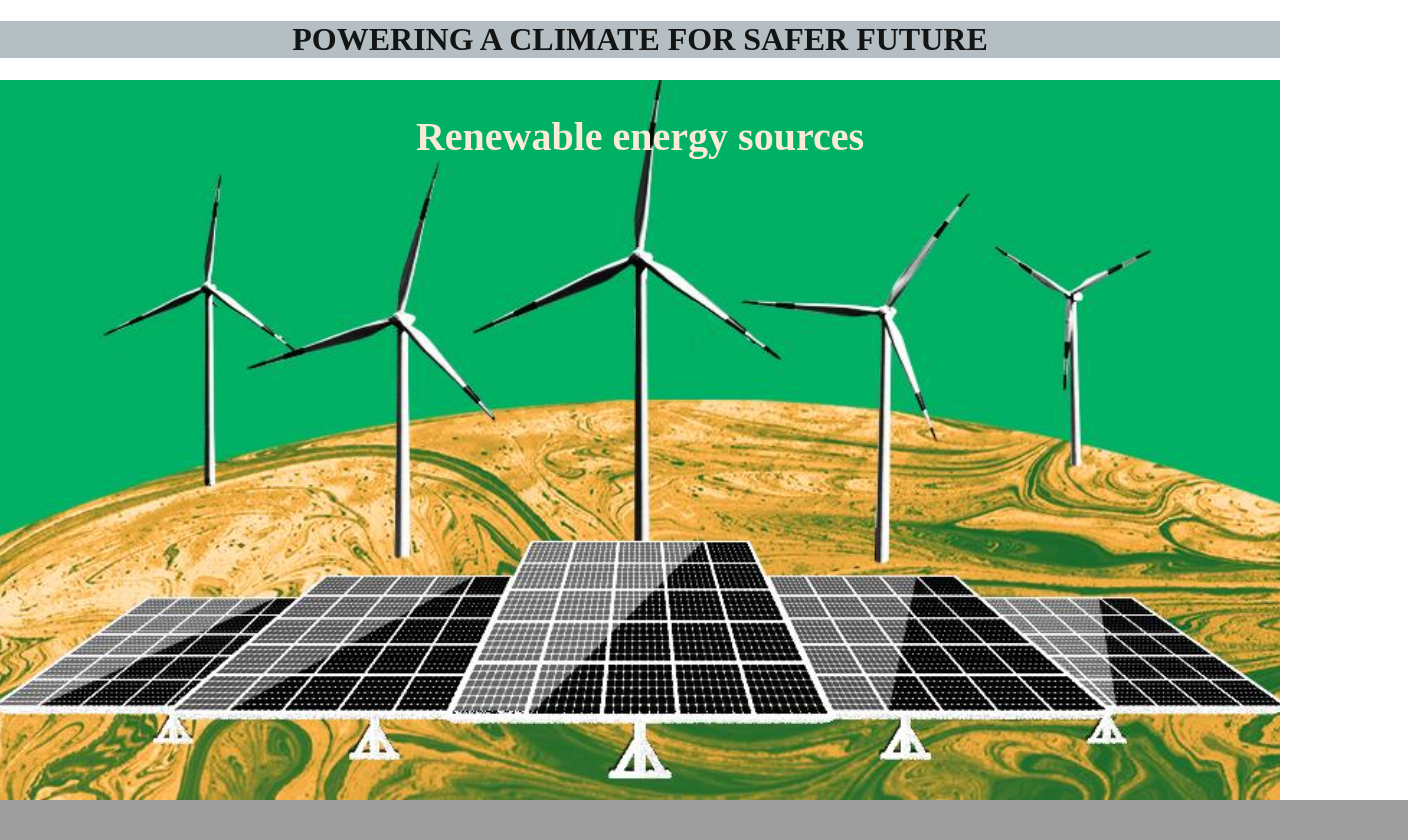
Repository: NavinDayanithi/static-web-design-competition
Page: index.html
The author's editor kept a copy of each file at every save. The page is drawn from the files as they stood at one save, then again after the next save.
The browser window is 1280 px wide. The page is 1408 px wide, then 1280 px, so the pictures cover 1408 px, including what lies to the right of the window. The pictures show the part of the page from y = 0 to 840 px (the page is 8000 px tall).
Pictures or frames that could not be fetched are drawn as grey boxes. Backgrounds fixed to the window are drawn as part of the page.

Above is the page before, as saved 2023-04-28 20:11:00.

### index.html
<!DOCTYPE html>
<html lang="en">
<head>
  <title>POWERING CLIMATE </title>
  <link rel="stylesheet" href="styles.css">
</head>
<body>
    <h1 >POWERING A CLIMATE FOR SAFER FUTURE</h1>
    <div class="box1">
        <h2>Renewable energy sources</h2>
    </div>
    <div class="box2">
        <h2>box2</h2>
    </div>
    <div class="box3">
        <h2>box3</h2>
    </div>
</body>
</html>

### styles.css

h1
{
    text-align:center;
    color:rgb(19, 20, 20);
    background-color: rgb(181, 191, 195);

}
h2{
    text-align: center;
    color: antiquewhite;
    font-size:40px;
}

 body{
    margin: 0;
    padding: 0;
    /* background-color: blue; */
}
head{
    text-align: center;
}

.box1{
    height: 100vh;
    width:100%;
    background-image: url(img1.jpg);
    background-size: cover;
    background-position: center;
    display: table;
    background-attachment: fixed;
}

.box2{
    height: 900vh;
    width:110%;
    background-image: url(img2.png);
    background-size: cover;
    background-position: center;
    display: table;
    background-attachment: fixed;
}

.box3{
    height: 100vh;
    width:100%;
    background-image: url(img3.jpg);
    background-size: cover;
    background-position: center;
    display: table;
    background-attachment: fixed;
}

After the next save:
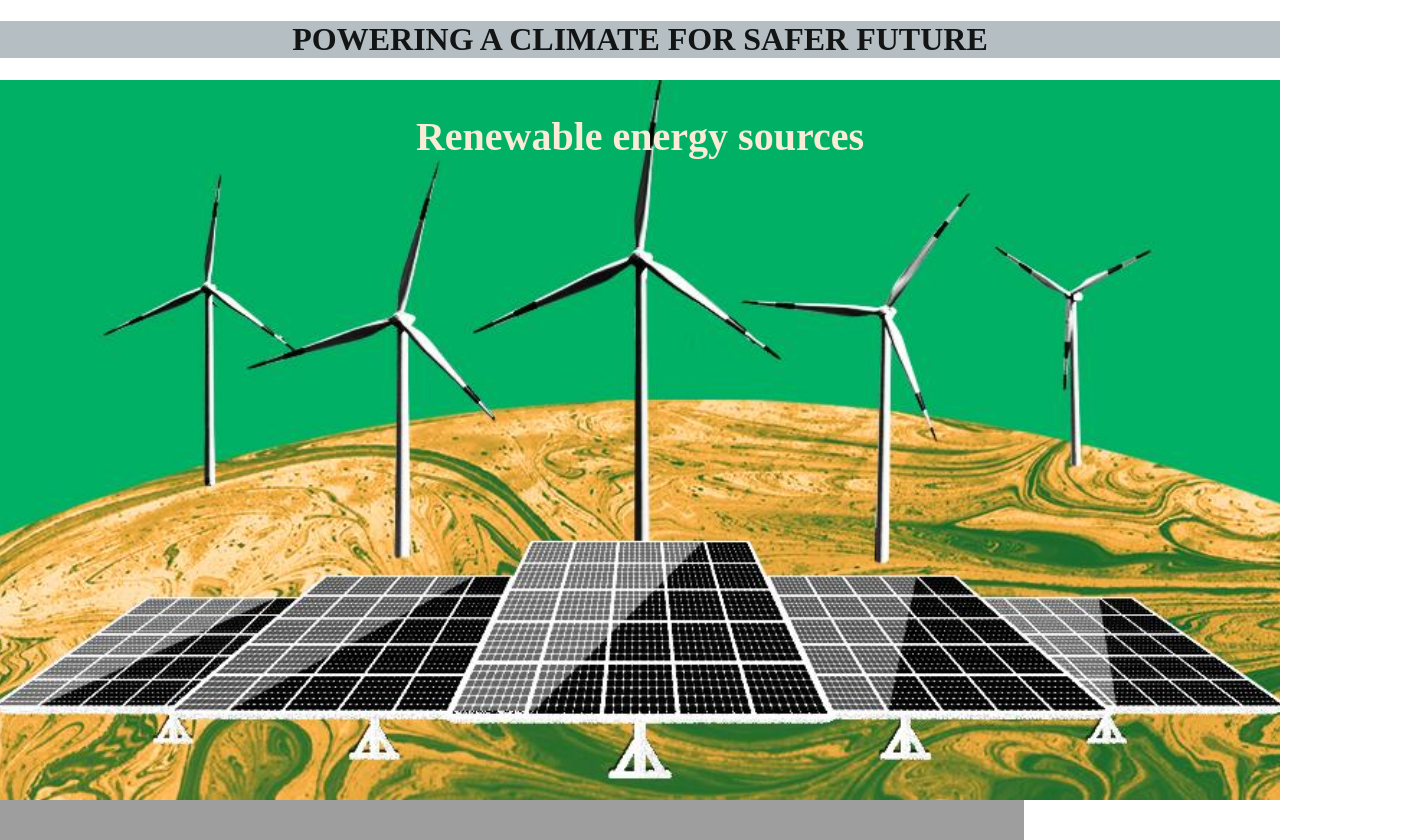
Saved 9 s later.
--- a/styles.css
+++ b/styles.css
@@ -33,7 +33,7 @@ head{
 
 .box2{
     height: 900vh;
-    width:110%;
+    width:80%;
     background-image: url(img2.png);
     background-size: cover;
     background-position: center;
